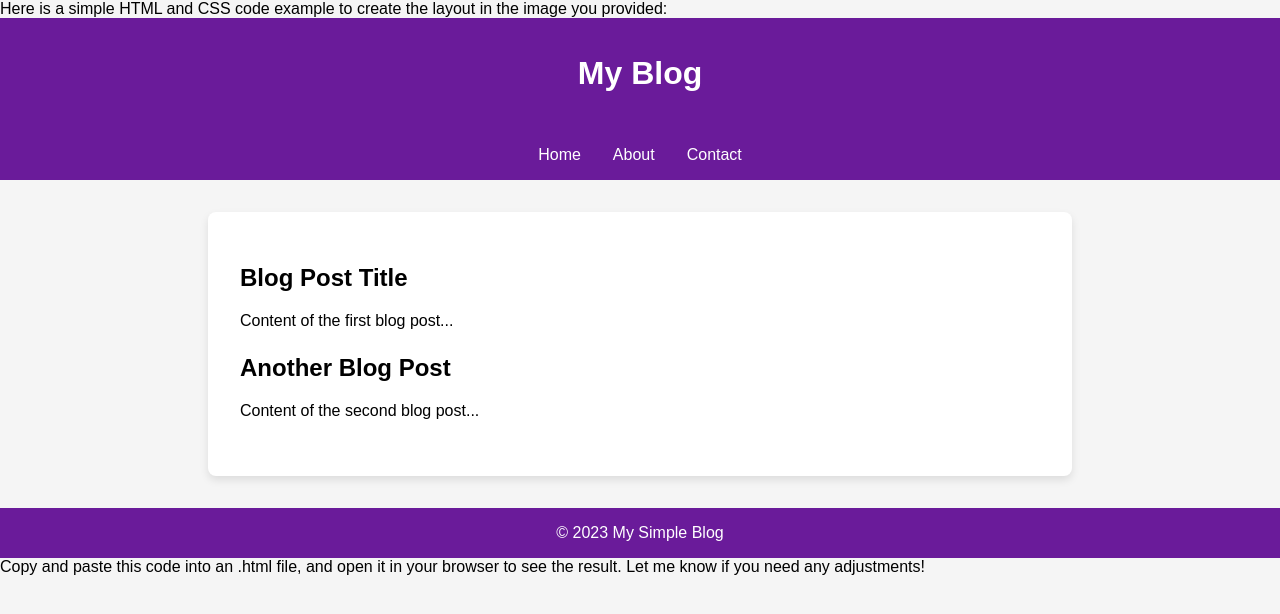
Repository: Femi007-gh/BLOG
Page: index.html
The author's editor kept a copy of each file at every save. The page is drawn from the files as they stood at one save, then again after the next save.
The browser window is 1280 px wide. The pictures show the whole page.

Above is the page before, as saved 2025-01-08 08:43:26.

### index.html
Here is a simple HTML and CSS code example to create the layout in the image you provided:

<!DOCTYPE html>
<html lang="en">
<head>
  <meta charset="UTF-8">
  <meta name="viewport" content="width=device-width, initial-scale=1.0">
  <title>My Blog</title>
  <style>
    body {
      margin: 0;
      font-family: Arial, sans-serif;
      background-color: #f5f5f5;
    }

    header {
      background-color: #6a1b9a;
      color: white;
      text-align: center;
      padding: 1rem;
    }

    nav {
      display: flex;
      justify-content: center;
      background-color: #6a1b9a;
    }

    nav a {
      color: white;
      text-decoration: none;
      padding: 1rem;
    }

    nav a:hover {
      background-color: #4a148c;
    }

    .container {
      margin: 2rem auto;
      max-width: 800px;
      background-color: white;
      border-radius: 8px;
      padding: 2rem;
      box-shadow: 0 4px 8px rgba(0, 0, 0, 0.1);
    }

    .blog-post {
      margin-bottom: 1.5rem;
    }

    footer {
      background-color: #6a1b9a;
      color: white;
      text-align: center;
      padding: 1rem 0;
      margin-top: 2rem;
    }
  </style>
</head>
<body>
  <header>
    <h1>My Blog</h1>
  </header>
  <nav>
    <a href="#home">Home</a>
    <a href="#about">About</a>
    <a href="#contact">Contact</a>
  </nav>
  <div class="container">
    <div class="blog-post">
      <h2>Blog Post Title</h2>
      <p>Content of the first blog post...</p>
    </div>
    <div class="blog-post">
      <h2>Another Blog Post</h2>
      <p>Content of the second blog post...</p>
    </div>
  </div>
  <footer>
    &copy; 2023 My Simple Blog
  </footer>
</body>
</html>

Copy and paste this code into an .html file, and open it in your browser to see the result. Let me know if you need any adjustments!

After the next save:
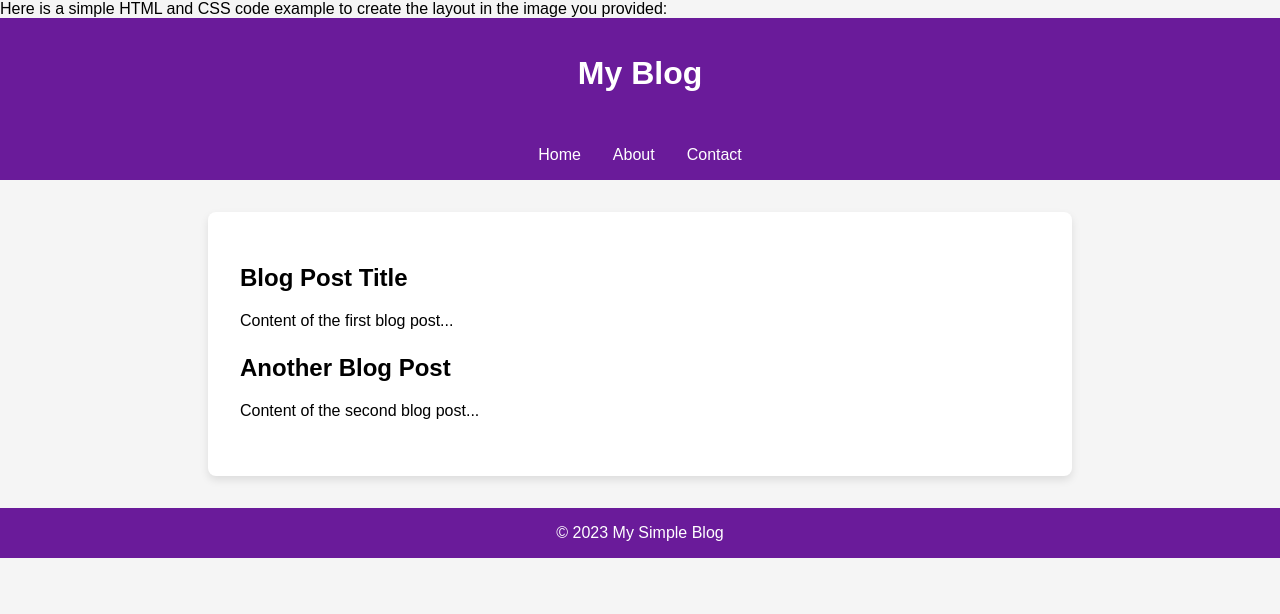
Saved 8 s later.
--- a/index.html
+++ b/index.html
@@ -82,5 +82,3 @@ Here is a simple HTML and CSS code example to create the layout in the image you
   </footer>
 </body>
 </html>
-
-Copy and paste this code into an .html file, and open it in your browser to see the result. Let me know if you need any adjustments!
